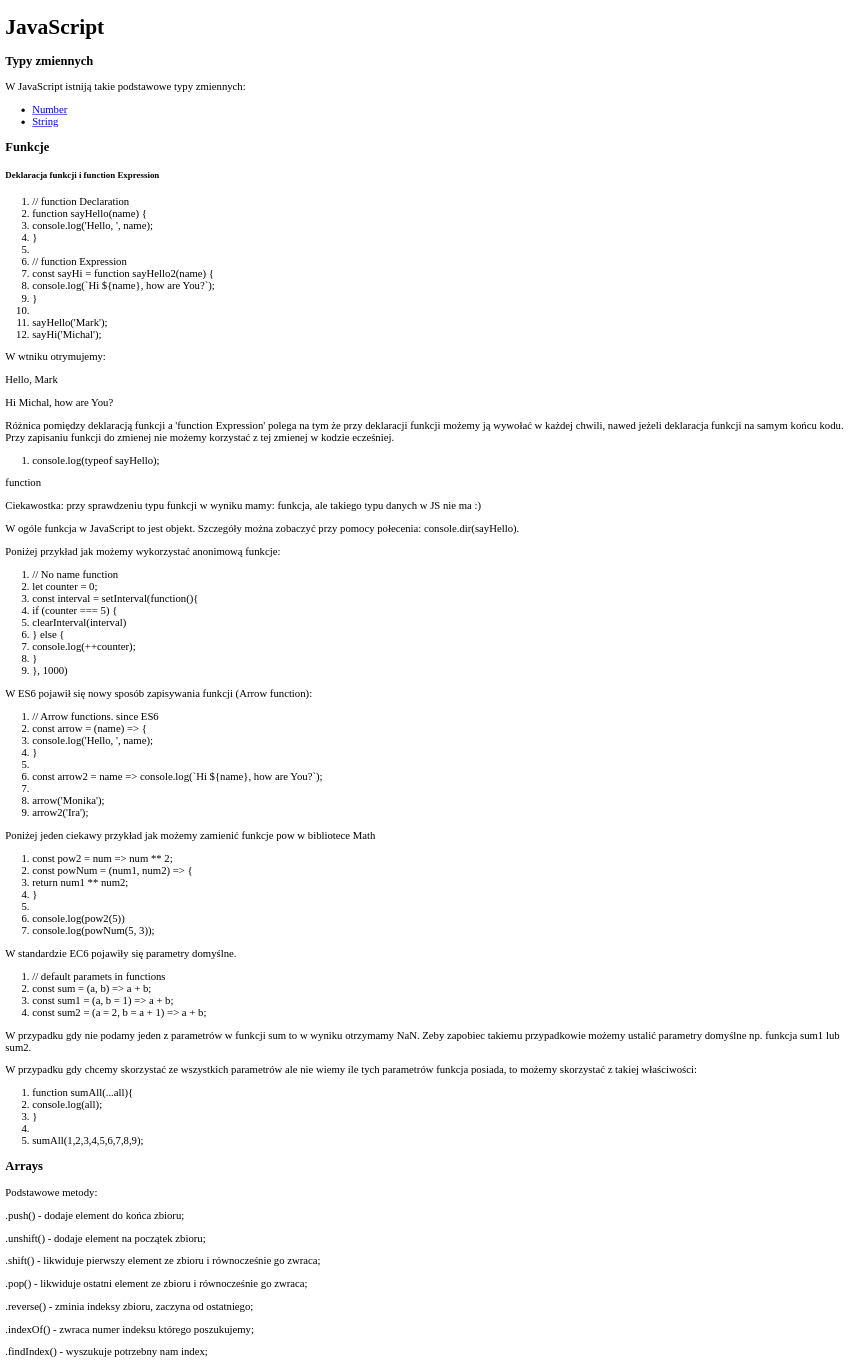
Repository: romanstetsiuk1/JS_learn
Page: noteJavaScript.html
These files come from the project's save history. The page is drawn as it stood at one moment and after the next save; the edit follows.
The browser window is 1280 px wide. The pictures show the whole page, at 67% of full size.

Above is the page before, as saved 2020-09-10 18:56:56.

### noteJavaScript.html
<!DOCTYPE html>
<html lang="en, pl">
<head>
  <meta charset="UTF-8">
  <title>Java Script</title>
</head>
<body>

  <main>
    <h1>JavaScript</h1>

    <article>
      <h3>Typy zmiennych</h3>
      <p>W JavaScript istniją takie podstawowe typy zmiennych:</p>
      <ul>
        <li><a href="number.html">Number</a></li>
        <li><a href="stringType.html">String</a></li>
      </ul>
    </article>

    <article>
      <h3>Funkcje</h3>
      <h5>Deklaracja funkcji i function Expression</h5>
        <div class="vsCode">
          <ol>
            <li>// function Declaration</li>
            <li>function sayHello(name) {</li>
            <li>  console.log('Hello, ', name);</li>
            <li>}</li>
            <li></li>
            <li>// function Expression</li>
            <li>const sayHi = function sayHello2(name) {</li>
            <li>console.log(`Hi ${name}, how are You?`);</li>
            <li>}</li>
            <li></li>
            <li>sayHello('Mark');</li>
            <li>sayHi('Michal');</li>
          </ol>
        </div>
        <p>W wtniku otrymujemy:</p>
        <div class="resultInConsole">
          <p>Hello,  Mark</p>
          <p>Hi Michal, how are You?</p>
        </div>
        <p>Różnica pomiędzy deklaracją funkcji a 'function Expression'
          polega na tym że przy deklaracji funkcji możemy ją wywołać w
          każdej chwili, nawed jeżeli deklaracja funkcji na samym końcu
          kodu. Przy zapisaniu funkcji do zmienej nie możemy korzystać
          z tej zmienej w kodzie ecześniej.
        </p>
        <div class="vsCode">
          <ol>
            <li>console.log(typeof sayHello);</li>
          </ol>
        </div>
        <div class="resultInConsole">
          <p>function</p>
        </div>
        <p>Ciekawostka: przy sprawdzeniu typu funkcji w wyniku mamy: funkcja,
          ale takiego typu danych w JS nie ma :)
        </p>
        <p>W ogóle funkcja w JavaScript to jest objekt. Szczegóły można zobaczyć
          przy pomocy połecenia: console.dir(sayHello).
        </p>

        <p>Poniżej przykład jak możemy wykorzystać anonimową funkcje:</p>
        <div class="vsCode">
          <ol>
            <li>// No name function</li>
            <li>let counter = 0;</li>
            <li>const interval = setInterval(function(){</li>
            <li>if (counter === 5) {</li>
            <li>clearInterval(interval)</li>
            <li>} else {</li>
            <li>console.log(++counter);</li>
            <li>}</li>
            <li>}, 1000)</li>
          </ol>
        </div>

        <p>W ES6 pojawił się nowy sposób zapisywania funkcji (Arrow function):</p>
        <div class="vsCode">
          <ol>
            <li>// Arrow functions. since ES6</li>
            <li>const arrow = (name) => {</li>
            <li>console.log('Hello, ', name);</li>
            <li>}</li>
            <li></li>
            <li>const arrow2 = name => console.log(`Hi ${name}, how are You?`);</li>
            <li></li>
            <li>arrow('Monika');</li>
            <li>arrow2('Ira');</li>
          </ol>
        </div>

        <p>Poniżej jeden ciekawy przykład jak możemy zamienić funkcje pow w
          bibliotece Math
        </p>
        <div class="vsCode">
          <ol>
            <li>const pow2 = num => num ** 2;</li>
            <li>const powNum = (num1, num2) => {</li>
            <li>return num1 ** num2;</li>
            <li>}</li>
            <li></li>
            <li>console.log(pow2(5))</li>
            <li>console.log(powNum(5, 3));</li>
          </ol>
        </div>

        <p>W standardzie EC6 pojawiły się parametry domyślne.</p>
        <div class="vsCode">
          <ol>
            <li>// default paramets in functions</li>
            <li>const sum = (a, b) => a + b;</li>
            <li>const sum1 = (a, b = 1) => a + b;</li>
            <li>const sum2 = (a = 2, b = a + 1) => a + b;</li>
          </ol>
        </div>
        <p>W przypadku gdy nie podamy jeden z parametrów w funkcji sum
          to w wyniku otrzymamy NaN. Zeby zapobiec takiemu przypadkowie
          możemy ustalić parametry domyślne np. funkcja sum1 lub sum2.
        </p>

        <p>W przypadku gdy chcemy skorzystać ze wszystkich parametrów ale nie wiemy
          ile tych parametrów funkcja posiada, to możemy skorzystać z takiej właściwości:
        </p>
        <div class="vsCode">
          <ol>
            <li>function sumAll(...all){</li>
            <li>console.log(all);</li>
            <li>}</li>
            <li></li>
            <li>sumAll(1,2,3,4,5,6,7,8,9);</li>
          </ol>
        </div>

    </article>
    <article>
      <h3>Arrays</h3>
      <p>Podstawowe metody:</p>
      <p>.push() - dodaje element do końca zbioru;</p>
      <p>.unshift() - dodaje element na początek zbioru;</p>
      <p>.shift() - likwiduje pierwszy element ze zbioru i równocześnie go zwraca;</p>
      <p>.pop() - likwiduje ostatni element ze zbioru i równocześnie go zwraca;</p>
      <p>.reverse() - zminia indeksy zbioru, zaczyna od ostatniego;</p>
      <p>.indexOf() - zwraca numer indeksu którego poszukujemy;</p>
      <p>.findIndex() - wyszukuje potrzebny nam index;</p>

    </article>

  </main>


  <!-- <script src="functionExample.js"></script> -->
  <script src="arraysExample.js"></script>
</body>
</html>

### arraysExample.js
const names = ['Leo', 'Nina', 'Mark', 'Dominika'];
const people = [
  {name:'user1', age:26},
  {name:'user2', age:31},
  {name:'user3', age:29},
  {name:'user4', age:21},
]

// Method
names.push('Jack');
console.log(names);
names.unshift('Marta');
console.log(names);

const firstItem = names.shift();
console.log(firstItem);
console.log(names);

const lastItem = names.pop();
console.log(lastItem);
console.log(names);

console.log(names.reverse());

console.log(names.indexOf('Mark'));
const indexNr = names.indexOf('Mark');
names[indexNr] = 'John';
console.log(names);

const indexPeople = people.findIndex(function(person){
  return person.age === 29;
})
console.log(indexPeople);
console.log(people[indexPeople]);

const indexPeople2 = people.find(function(person){
  return person.age === 31;
})
console.log(indexPeople2);
console.log(people[indexPeople2]);

After the next save:
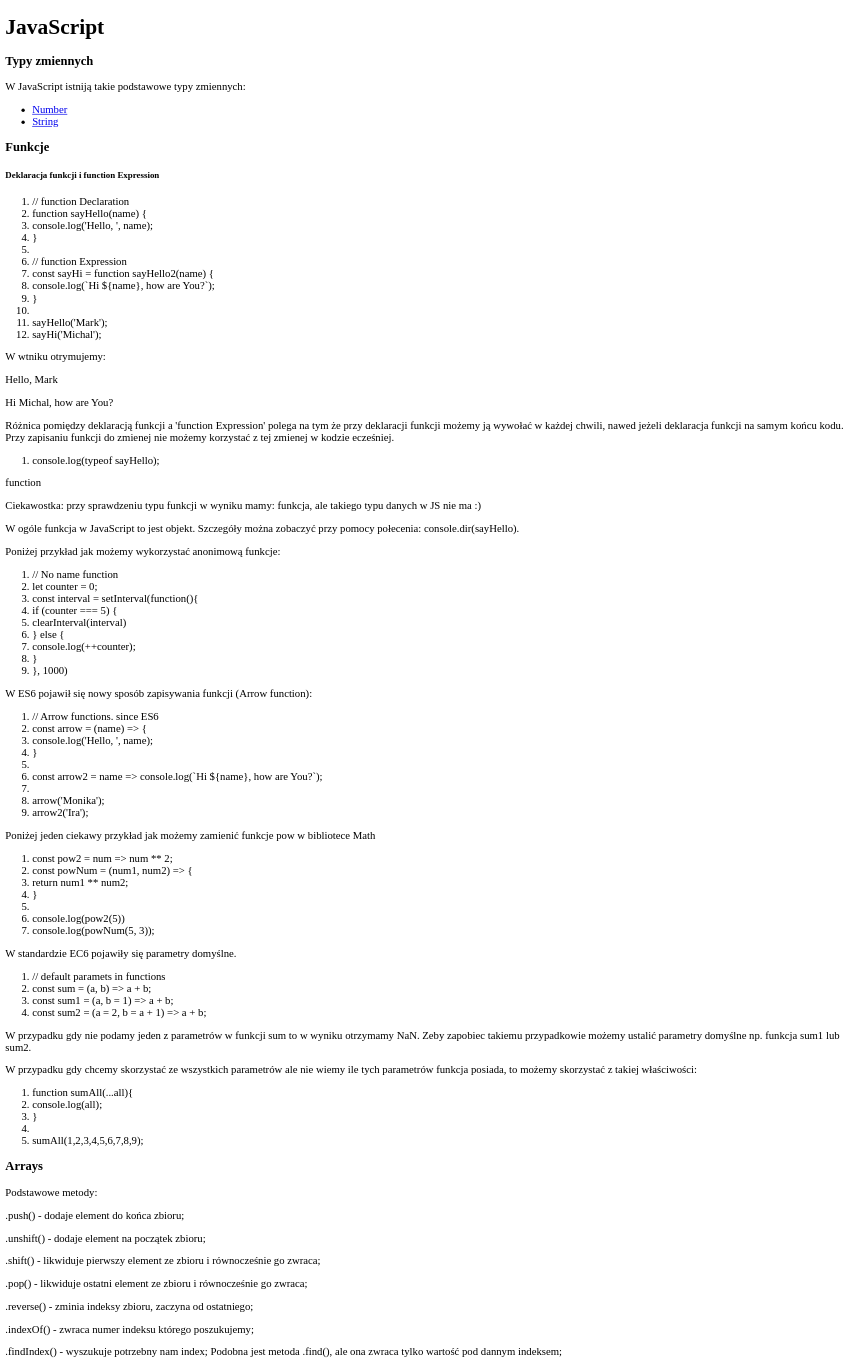
Saved 95 s later.
--- a/noteJavaScript.html
+++ b/noteJavaScript.html
@@ -145,7 +145,8 @@
       <p>.pop() - likwiduje ostatni element ze zbioru i równocześnie go zwraca;</p>
       <p>.reverse() - zminia indeksy zbioru, zaczyna od ostatniego;</p>
       <p>.indexOf() - zwraca numer indeksu którego poszukujemy;</p>
-      <p>.findIndex() - wyszukuje potrzebny nam index;</p>
+      <p>.findIndex() - wyszukuje potrzebny nam index; Podobna jest metoda .find(),
+        ale ona zwraca tylko wartość pod dannym indeksem;</p>
 
     </article>
 
